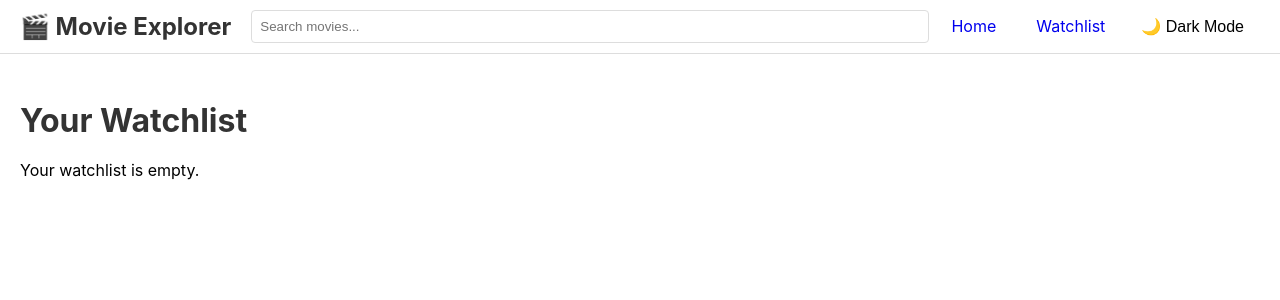
Repository: Akashmadhunala/Assignment-4-Movie_Explorer
Page: /watchlist
The author's editor kept a copy of each file at every save. The page is drawn from the files as they stood at one save, then again after the next save.
The browser window is 1280 px wide. The pictures show the whole page.
The project was rebuilt for these pictures with package versions that can differ from the ones it lists, and the page was loaded fresh each time. Also part of the build but not shown: src/components/styles/MovieCard.module.css, src/components/MovieCard.js, src/styles/Home.module.css, src/api/tmdbApi.js, src/pages/Home.js, src/styles/MovieDetail.module.css, src/pages/MovieDetail.js, src/pages/Search.js.

Above is the page before, as saved 2024-10-21 14:19:03.

### public/index.html
<!DOCTYPE html>
<html lang="en">
<head>
    <meta charset="UTF-8" />
    <meta name="viewport" content="width=device-width, initial-scale=1.0" />
    <title>Movie Explorer</title>
</head>
<body>
    <noscript>You need to enable JavaScript to run this app.</noscript>
    <div id="root"></div>
</body>
</html>

### src/index.js
import React from 'react';
import ReactDOM from 'react-dom/client';
import { QueryClient, QueryClientProvider } from '@tanstack/react-query'; // Import QueryClient and QueryClientProvider
import App from './App';
import './index.css';

const queryClient = new QueryClient(); // Create a new QueryClient instance

const root = ReactDOM.createRoot(document.getElementById('root'));
root.render(
  <React.StrictMode>
    <QueryClientProvider client={queryClient}> {/* Wrap your App with QueryClientProvider */}
      <App />
    </QueryClientProvider>
  </React.StrictMode>
);

### src/App.js
import React from 'react';
import { BrowserRouter as Router, Route, Routes } from 'react-router-dom';
import { ThemeProvider } from './context/ThemeContext';
import Navbar from './components/Navbar';
import Home from './pages/Home';
import MovieDetail from './pages/MovieDetail';
import Search from './pages/Search';
import WatchlistPage from './pages/WatchlistPage';
import './styles/global.css';

const App = () => {
  return (
    <ThemeProvider>
      <Router>
        <Navbar />
        <Routes>
          <Route path="/" element={<Home />} />
          <Route path="/movie/:id" element={<MovieDetail />} />
          <Route path="/search" element={<Search />} />
          <Route path="/watchlist" element={<WatchlistPage />} />
        </Routes>
      </Router>
    </ThemeProvider>
  );
};

export default App;

### src/context/ThemeContext.js
import React, { createContext, useState } from 'react';

export const ThemeContext = createContext();

export const ThemeProvider = ({ children }) => {
  const [theme, setTheme] = useState('light');

  const toggleTheme = () => {
    setTheme((prevTheme) => (prevTheme === 'light' ? 'dark' : 'light'));
  };

  return (
    <ThemeContext.Provider value={{ theme, toggleTheme }}>
      <div className={theme}>
        {children}
      </div>
    </ThemeContext.Provider>
  );
};

### src/components/Navbar.js
import React, { useContext, useState } from 'react';
import { Link, useNavigate } from 'react-router-dom';
import { ThemeContext } from '../context/ThemeContext';
import styles from './styles/Navbar.module.css';

const Navbar = () => {
  const { theme, toggleTheme } = useContext(ThemeContext);
  const [searchTerm, setSearchTerm] = useState('');
  const navigate = useNavigate();

  const handleSearch = (e) => {
    e.preventDefault();
    if (searchTerm) {
      navigate(`/search?query=${searchTerm}`);
    }
  };

  return (
    <nav className={styles.navbar}>
      <h1>🎬 Movie Explorer</h1>
      <form onSubmit={handleSearch}>
        <input
          type="text"
          value={searchTerm}
          onChange={(e) => setSearchTerm(e.target.value)}
          placeholder="Search movies..."
          className={styles.searchBar}
        />
      </form>
      <ul>
        <li><Link to="/">Home</Link></li>
        <li><Link to="/watchlist">Watchlist</Link></li>
        <li>
          <button onClick={toggleTheme} className={styles.themeToggle}>
            {theme === 'dark' ? '🌞 Light Mode' : '🌙 Dark Mode'}
          </button>
        </li>
      </ul>
    </nav>
  );
};

export default Navbar;

### src/pages/WatchlistPage.js
import React from 'react';
import Watchlist from '../components/Watchlist';

const WatchlistPage = () => {
  return <Watchlist />;
};

export default WatchlistPage;

### src/styles/global.css
body {
  margin: 0;
  font-family: Arial, sans-serif;
}

h1, h2, h3 {
  color: #333;
}

nav {
  background: #fff;
  padding: 10px;
  border-bottom: 1px solid #ccc;
}

nav a {
  margin: 0 10px;
  text-decoration: none;
}

### src/components/styles/Navbar.module.css
.navbar {
    display: flex;
    justify-content: space-between;
    align-items: center;
    padding: 10px 20px;
    background-color: #fff;
    border-bottom: 1px solid #ddd;
  }

  .navbar h1 {
    font-size: 1.5rem;
    margin: 0;
  }

  .navbar form {
    flex: 1;
    margin: 0 20px;
  }

  .navbar input {
    width: 100%;
    padding: 8px;
    border: 1px solid #ddd;
    border-radius: 4px;
  }

  .navbar ul {
    list-style: none;
    display: flex;
    margin: 0;
    padding: 0;
  }

  .navbar li {
    margin: 0 10px;
  }

  .navbar .themeToggle {
    background-color: transparent;
    border: none;
    cursor: pointer;
    font-size: 1rem;
  }

### src/styles/Search.module.css
.search {
  padding: 20px;
}

.movieGrid {
  display: grid;
  grid-template-columns: repeat(auto-fill, minmax(200px, 1fr));
  gap: 20px;
}
/* Search.module.css */
.searchResults {
  padding: 20px;
}

h2 {
  margin-bottom: 20px;
}

/* Style the movie list to display horizontally */
.movieList {
  display: flex;
  flex-wrap: nowrap;   /* Ensure that the items do not wrap to the next line */
  overflow-x: auto;    /* Allow horizontal scrolling if items overflow */
  gap: 20px;
  padding-bottom: 20px;
}

/* Individual movie cards should have consistent width */
.movieCard {
  min-width: 200px;    /* Set a minimum width for each movie card */
  flex-shrink: 0;      /* Prevent movie cards from shrinking */
}

.movieCard img {
  width: 100%;
  height: auto;
  border-radius: 8px;
}

### src/components/Watchlist.js
import React, { useEffect, useState } from 'react';
import { Link } from 'react-router-dom';
import styles from './styles/Watchlist.module.css';

const Watchlist = () => {
  const [watchlist, setWatchlist] = useState([]);

  useEffect(() => {
    const savedWatchlist = JSON.parse(localStorage.getItem('watchlist')) || [];
    setWatchlist(savedWatchlist);
  }, []);

  const removeFromWatchlist = (id) => {
    const updatedWatchlist = watchlist.filter((movie) => movie.id !== id);
    setWatchlist(updatedWatchlist);
    localStorage.setItem('watchlist', JSON.stringify(updatedWatchlist));
  };

  return (
    <div className={styles.watchlist}>
      <h2>Your Watchlist</h2>
      {watchlist.length === 0 ? (
        <p>Your watchlist is empty.</p>
      ) : (
        <ul className={styles.movieList}>
          {watchlist.map((movie) => (
            <li key={movie.id} className={styles.movieItem}>
              <Link to={`/movie/${movie.id}`}>
                <img
                  src={`https://image.tmdb.org/t/p/w200${movie.poster_path}`}
                  alt={movie.title}
                />
              </Link>
              <div>
                <h3>{movie.title}</h3>
                <button onClick={() => removeFromWatchlist(movie.id)}>
                  Remove
                </button>
              </div>
            </li>
          ))}
        </ul>
      )}
    </div>
  );
};

export default Watchlist;

### src/components/styles/Watchlist.module.css
.watchlist {
    padding: 20px;
  }

  .watchlist h2 {
    font-size: 2rem;
  }

  .movieList {
    list-style: none;
    padding: 0;
  }

  .movieItem {
    display: flex;
    align-items: center;
    margin: 10px 0;
  }

  .movieItem img {
    width: 100px;
    height: auto;
    border-radius: 5px;
    margin-right: 15px;
  }

  .movieItem h3 {
    margin: 0;
    flex-grow: 1;
  }

  .movieItem button {
    background-color: #d9534f;
    color: white;
    border: none;
    border-radius: 3px;
    padding: 5px 10px;
    cursor: pointer;
  }

  .movieItem button:hover {
    background-color: #c9302c;
  }

Loaded but not shown: src/index.css (common file)

After the next save:
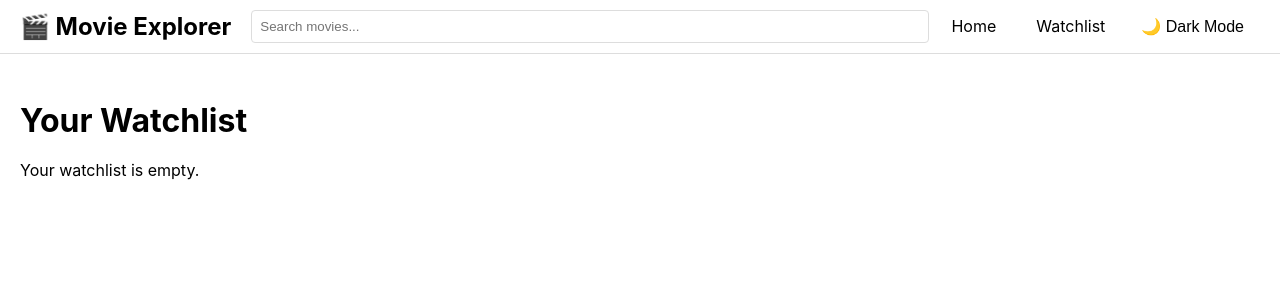
Saved 21 min 37 s later.
--- a/src/styles/global.css
+++ b/src/styles/global.css
@@ -1,19 +1,47 @@
+/* global.css */
 body {
   margin: 0;
   font-family: Arial, sans-serif;
+  transition: background-color 0.3s, color 0.3s;
 }
 
 h1, h2, h3 {
-  color: #333;
+  color: inherit;
 }
 
 nav {
-  background: #fff;
+  background-color: var(--bg-color);
   padding: 10px;
-  border-bottom: 1px solid #ccc;
+  border-bottom: 1px solid var(--border-color);
 }
 
 nav a {
   margin: 0 10px;
   text-decoration: none;
+  color: var(--text-color);
 }
+
+/* Light Mode */
+.light {
+  --bg-color: #ffffff;
+  --text-color: #000000;
+  --border-color: #ddd;
+}
+
+/* Dark Mode */
+.dark {
+  --bg-color: #1e1e1e;
+  --text-color: #ffffff;
+  --border-color: #444;
+}
+
+.navbar {
+  background-color: var(--bg-color);
+  color: var(--text-color);
+}
+
+input, button {
+  background-color: var(--bg-color);
+  color: var(--text-color);
+  border: 1px solid var(--border-color);
+}
